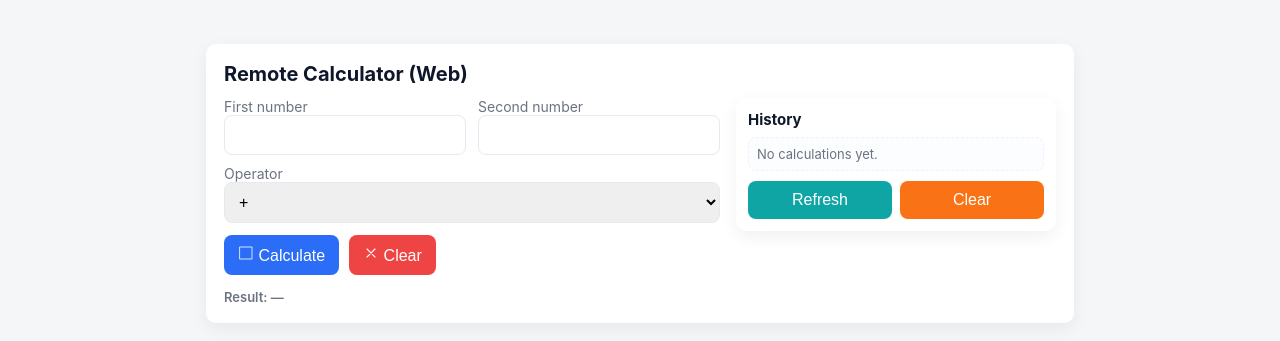
Repository: Sakib2405/PSTU_Academic
Page: http://localhost/
These files come from the project's save history. The page is drawn as it stood at one moment and after the next save; the edit follows.
The browser window is 1280 px wide. The pictures show the whole page.
The page is served by the project's application, run on Flask 3 (web_server.py).

Above is the page before, as saved 2025-11-22 00:39:11.

After the next save:
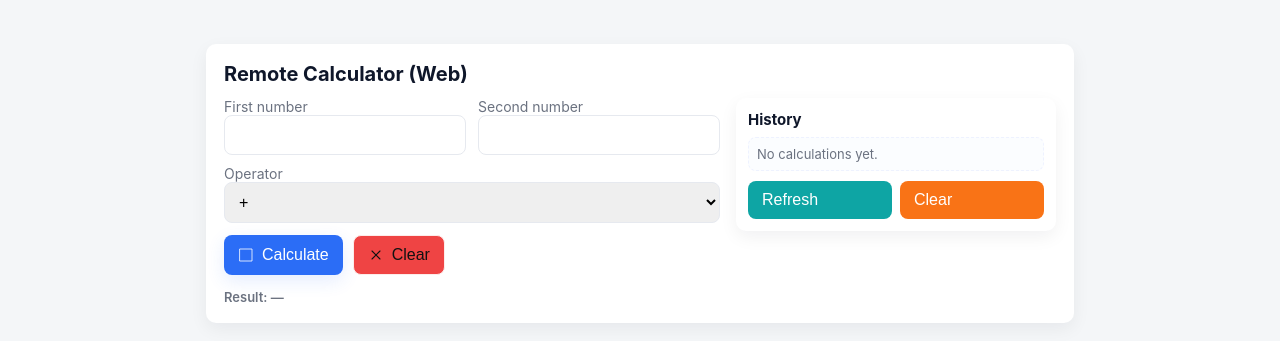
Saved 12 s later.
--- a/5th Semister/CCE-313,314(Networking)/Sessional/pronad1_Academic_PSTU_CSE_main_5th_Semester_ma'am_assignment_Socket/Remote Calculator/templates/index.html
+++ b/5th Semister/CCE-313,314(Networking)/Sessional/pronad1_Academic_PSTU_CSE_main_5th_Semester_ma'am_assignment_Socket/Remote Calculator/templates/index.html
@@ -18,7 +18,12 @@
       input[type=number], select{width:100%;padding:10px;border-radius:8px;border:1px solid #e6e9ef;font-size:16px}
       .row{display:flex;gap:12px}
       .row > *{flex:1}
-      button{background:var(--accent);color:#fff;border:0;padding:10px 14px;border-radius:8px;font-size:16px;cursor:pointer}
+      button{background:var(--accent);color:#fff;border:0;padding:10px 14px;border-radius:8px;font-size:16px;cursor:pointer;display:inline-flex;align-items:center;gap:8px}
+      .btn-primary{background:var(--accent);box-shadow:0 6px 18px rgba(43,109,246,.12);transition:transform .14s ease,box-shadow .14s ease}
+      .btn-primary:hover{transform:translateY(-3px);box-shadow:0 10px 26px rgba(43,109,246,.14)}
+      .btn-ghost{background:#fff;color:#111;border:1px solid #fdecea}
+      .btn-ghost:hover{transform:translateY(-2px)}
+      .icon{width:18px;height:18px}
       #result{margin-top:14px;font-weight:600}
       .history{width:320px}
       .history h3{margin:0 0 8px;font-size:15px}
@@ -32,6 +37,7 @@
       @keyframes pulse{0%{transform:scale(.98);opacity:.9}50%{transform:scale(1.03);opacity:1}100%{transform:none;opacity:1}}
       .controls{display:flex;gap:8px;margin-top:10px}
       .muted{color:var(--muted);font-size:13px}
+      .error{color:var(--danger)}
     </style>
   </head>
   <body>
